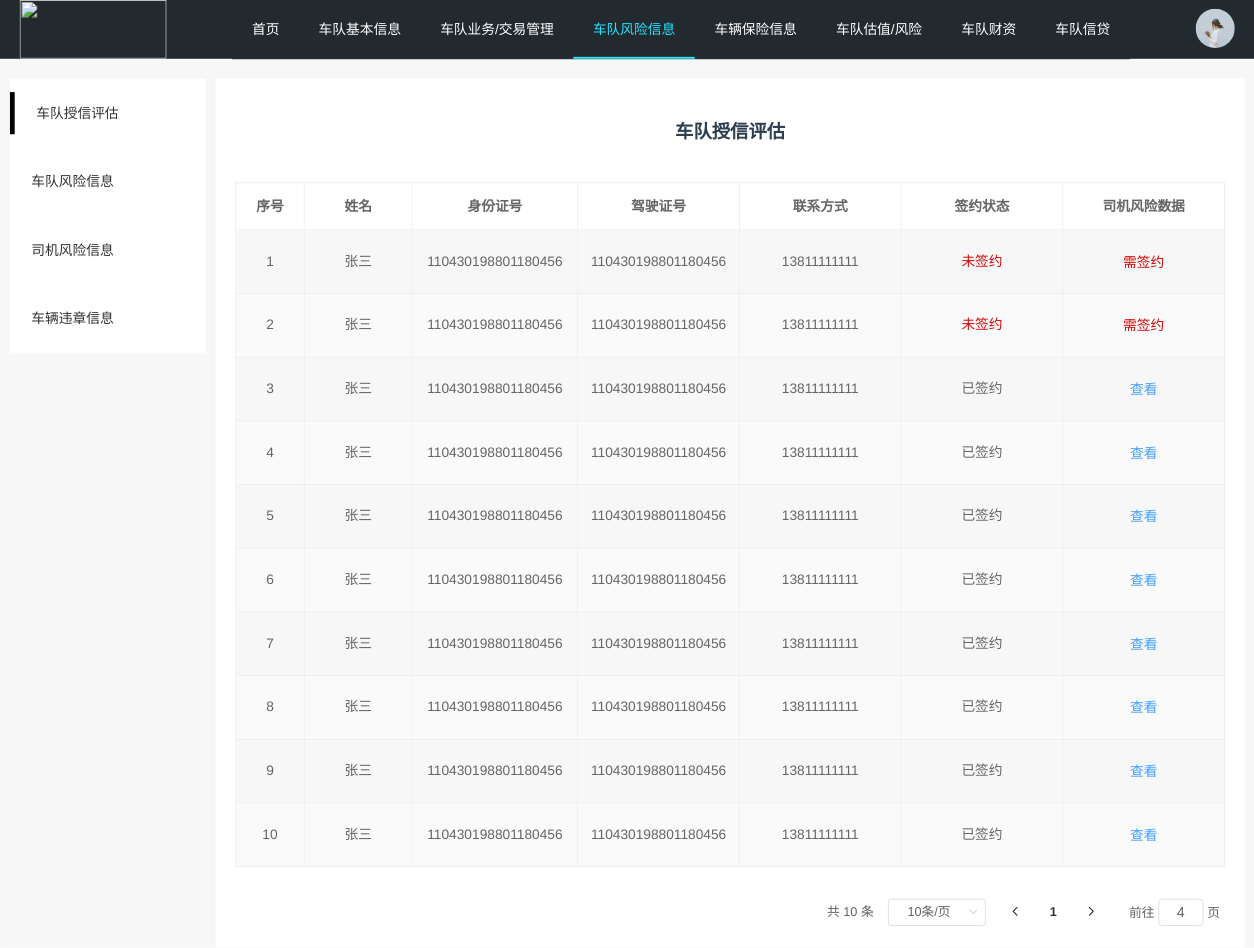
Repository: TheWomanLiketheWind/woodpecker
Page: /
The author's editor kept a copy of each file at every save. The page is drawn from the files as they stood at one save, then again after a run of saves.
The browser window is 1280 px wide. The pictures show the whole page, at 98% of full size.
The project was rebuilt for these pictures with package versions that can differ from the ones it lists, and the page was loaded fresh each time. Also part of the build but not shown: src/views/menuThird.vue.

Above is the page before, as saved 2019-07-26 10:11:07.

### public/index.html
<!DOCTYPE html>
<html lang="en">
  <head>
    <meta charset="utf-8">
    <meta http-equiv="X-UA-Compatible" content="IE=edge">
    <meta name="viewport" content="width=device-width,initial-scale=1.0">
    <link rel="icon" href="<%= BASE_URL %>favicon.ico">
    <title>woodpecker</title>
  </head>
  <body>
    <noscript>
      <strong>We're sorry but woodpecker doesn't work properly without JavaScript enabled. Please enable it to continue.</strong>
    </noscript>
    <div id="app"></div>
    <!-- built files will be auto injected -->
  </body>
</html>

### src/App.vue
<template>
  <div id="app">
    <router-view />
  </div>
</template>

<style lang="scss">
#app {
  font-family: "Avenir", Helvetica, Arial, sans-serif;
  -webkit-font-smoothing: antialiased;
  -moz-osx-font-smoothing: grayscale;
  text-align: center;
  color: #2c3e50;
  background: #f7f7f7;
  .el-header {
    display: flex;
    justify-content: space-between;
    align-items: center;
  }
  .el-table__header .el-table th,
  .el-table tr {
    background-color: #f7f7f7 !important;
    color: #191a1a;
  }
  .menuSecond {
    .el-table th,
    .el-table tr {
      color: #646565;
    }
    .el-menu {
      border-right: 0;
    }
    .el-menu-item:focus,
    .el-menu-item:hover {
      background-color: rgb(209, 209, 209);
    }

    .el-menu-item.is-active span {
      border-left: 5px solid #000;
    }
    .el-menu-item {
      display: flex;
      align-items: center;
      padding: 0 !important;
      height: 70px;
    }

    .el-menu-item span {
      height: 43px;
      line-height: 43px;
      text-align: left;
      width: 100%;
      display: block;
      padding-left: 22px;
    }
  }
}
#nav {
  padding: 30px;
  a {
    font-weight: bold;
    color: #2c3e50;
    &.router-link-exact-active {
      color: #42b983;
    }
  }
}
body {
  margin: 0;
}
</style>

### src/router.ts
import Vue from 'vue'
import Router from 'vue-router'
import Home from './views/Home.vue'
Vue.use(Router)

export default new Router({
  mode: 'history',
  base: process.env.BASE_URL,
  routes: [
    {
      path: '/',
      name: 'home',
      component: Home,
      children: [
        {
          path: '/',
          name: 'menuSecond',
          children: [
            {
              path: '/',
              name: 'menuThird',
              component: () =>
                import(/* webpackChunkName: "about" */ './views/menuThird.vue')
            }
          ],
          component: () =>
            import(/* webpackChunkName: "about" */ './views/menuSecond.vue')
        }
      ]
    }
  ]
})

### src/views/Home.vue
<template>
  <el-container>
    <el-header class="headerAll">
      <img src=""
           class="headImage">
      <el-menu :default-active="activeIndex"
               class="el-menu-demo"
               mode="horizontal"
               background-color="#222a30"
               text-color="#fff"
               active-text-color="#29e2fe"
               @select="handleSelect">
        <el-menu-item v-for="(item, index) in menuList"
                      :key="index"
                      :index="item.index"
                      v-on:listenToChildEvent="menuClick">{{item.name}}</el-menu-item>
      </el-menu>

      <el-dropdown>
        <img src="../assets/headImage.jpg"
             class="drophead" />
        <el-dropdown-menu slot="dropdown">
          <el-dropdown-item>个人信息</el-dropdown-item>
          <el-dropdown-item>退出</el-dropdown-item>
        </el-dropdown-menu>
      </el-dropdown>
    </el-header>
    <!-- <router-link to="/menuSecond">点击跳转</router-link> -->
    <router-view />
  </el-container>
</template>

<script lang="ts">
import { Component, Vue } from "vue-property-decorator";

@Component({
  components: {}
})
export default class Home extends Vue {
  data() {
    return {
      activeIndex: "4",
      menuList: [
        {
          name: "首页",
          index: "1",
          link: ""
        },
        {
          name: "车队基本信息",
          index: "2",
          link: ""
        },
        {
          name: "车队业务/交易管理",
          index: "3",
          link: ""
        },
        {
          name: "车队风险信息",
          index: "4",
          link: ""
        },
        {
          name: "车辆保险信息",
          index: "5",
          link: ""
        },
        {
          name: "车队估值/风险",
          index: "6",
          link: ""
        },
        {
          name: "车队财资",
          index: "7",
          link: ""
        },
        {
          name: "车队信贷",
          index: "8",
          link: ""
        }
      ]
    };
  }

  private handleSelect(key: any, keyPath: any) {
    console.log(key, keyPath);
  }

  menuClick(data: any) {
    this.$router.push(data);
  }
}
</script>

<style lang="scss">
.headerAll {
  background: #222a30;
  margin-bottom: 20px;
  .headImage {
    width: 150px;
    height: 100%;
    border: 0;
  }
  .drophead {
    width: 40px;
    height: 40px;
    border-radius: 50%;
  }
}
</style>

### src/views/menuSecond.vue
<template>
  <el-container class="menuSecond">

    <el-aside width="200px"
              class="asideClass">
      <el-menu :default-active="defaultActive"
               class="el-menu-vertical-demo"
               active-text-color="#303133"
               @select="handleSelect">
        <el-menu-item v-for="(item, index) in filesList.navigeList"
                      :key="index"
                      :index="item.index">
          <span slot="title">{{item.name}}</span>
        </el-menu-item>
      </el-menu>
    </el-aside>
    <el-main class="menuSecondRight">
      <h3 class="menuSecondH3">{{filesList.navigeList[this.selectIndex].name}}</h3>
      <el-table :data="tableData"
                border
                stripe
                style="width: 100%">
        <el-table-column type="index"
                         label="序号"
                         width="70"
                         align="center">
        </el-table-column>
        <el-table-column prop="name"
                         label="姓名"
                         width="110"
                         align="center" />
        <el-table-column prop="cardId"
                         label="身份证号"
                         align="center" />
        <el-table-column prop="driveId"
                         label="驾驶证号"
                         align="center" />
        <el-table-column prop="tel"
                         label="联系方式"
                         align="center" />
        <el-table-column prop="signType"
                         label="签约状态"
                         align="center">
          <template slot-scope="scope">
            <span :class="scope.row.signType === 0?'signTypeColor':''">{{scope.row.signType === 0?'未签约':'已签约'}}</span>
          </template>
        </el-table-column>
        <el-table-column label="司机风险数据"
                         align="center">
          <template slot-scope="scope">
            <el-button type="text"
                       v-if="scope.row.signType === 0"
                       class="signTypeColor">需签约</el-button>
            <el-button type="text"
                       v-else>查看</el-button>
          </template>
        </el-table-column>
      </el-table>
      <el-pagination @size-change="handleSizeChange"
                     @current-change="handleCurrentChange"
                     :current-page="currentPage4"
                     :page-sizes="[10, 20, 50, 100]"
                     :page-size="10"
                     layout="total, sizes, prev, pager, next, jumper"
                     :total="tableData.length">
      </el-pagination>
    </el-main>
    <!-- <img src="../assets/d1c2dc3ef8561f8ba11936fef14c613.png"> -->
  </el-container>

</template>

<script lang="ts">
import Vue from "vue";
import files from "../jsonFile";

export default Vue.extend({
  data() {
    return {
      filesList: files,
      selectIndex: 0,
      defaultActive: "1",
      currentPage4: 4,
      tableData: [
        {
          name: "张三",
          cardId: "110430198801180456",
          driveId: "110430198801180456",
          tel: "13811111111",
          signType: 0
        }
      ]
    };
  },
  mounted() {
    this.defined();
  },
  methods: {
    defined() {
      for (let i = 0; i < 9; i++) {
        let object = {
          name: "张三",
          cardId: "110430198801180456",
          driveId: "110430198801180456",
          tel: "13811111111",
          signType: i === 0 ? 0 : 1
        };
        this.tableData.push(object);
      }
    },
    handleSelect(key: String) {
      this.selectIndex = Number(key) - 1;
    },
    handleSizeChange(val: Number) {
      console.log(`每页 ${val} 条`);
    },
    handleCurrentChange(val: Number) {
      console.log(`当前页: ${val}`);
    }
  }
});
</script>


<style lang="scss">
.menuSecond {
  background: #f7f7f7;
  margin: 0 10px;
  .menuSecondRight {
    background: #fff;
    margin-left: 10px;
    .menuSecondH3 {
      margin-bottom: 40px;
    }
  }
  .el-pagination {
    margin-top: 30px;
    float: right;
  }
  .signTypeColor {
    color: #d40707;
  }
}
.el-menu {
  background: #fff;
}
</style>

### src/jsonFile.ts
const fileObject = {
  navigeList: [
    {
      name: '车队授信评估',
      index: '1'
    },
    {
      name: '车队风险信息',
      index: '2'
    },
    {
      name: '司机风险信息',
      index: '3'
    },
    {
      name: '车辆违章信息',
      index: '4'
    }
  ]
}

export default fileObject

Loaded but not shown: src/main.ts (common file); src/store.ts (common file)

After the next 2 saves:
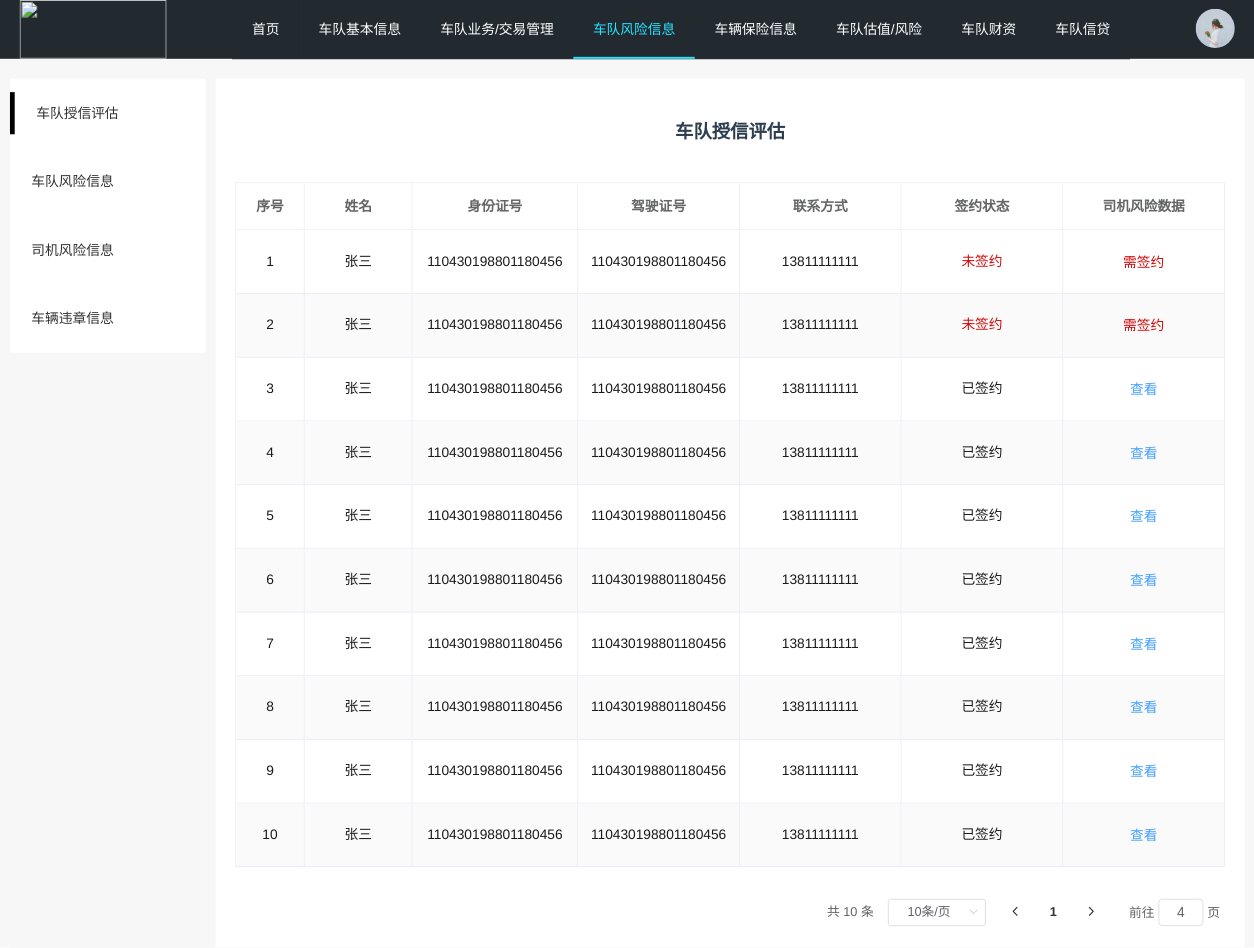
The 2 saves are shown as one change because they came seconds apart.
The last was saved 18 s later.
--- a/src/App.vue
+++ b/src/App.vue
@@ -17,15 +17,15 @@
     justify-content: space-between;
     align-items: center;
   }
-  .el-table__header .el-table th,
-  .el-table tr {
-    background-color: #f7f7f7 !important;
-    color: #191a1a;
-  }
+
   .menuSecond {
     .el-table th,
     .el-table tr {
       color: #646565;
+    }
+    .el-table__header .el-table th,
+    .el-table tr {
+      color: #191a1a;
     }
     .el-menu {
       border-right: 0;

After the save that followed:
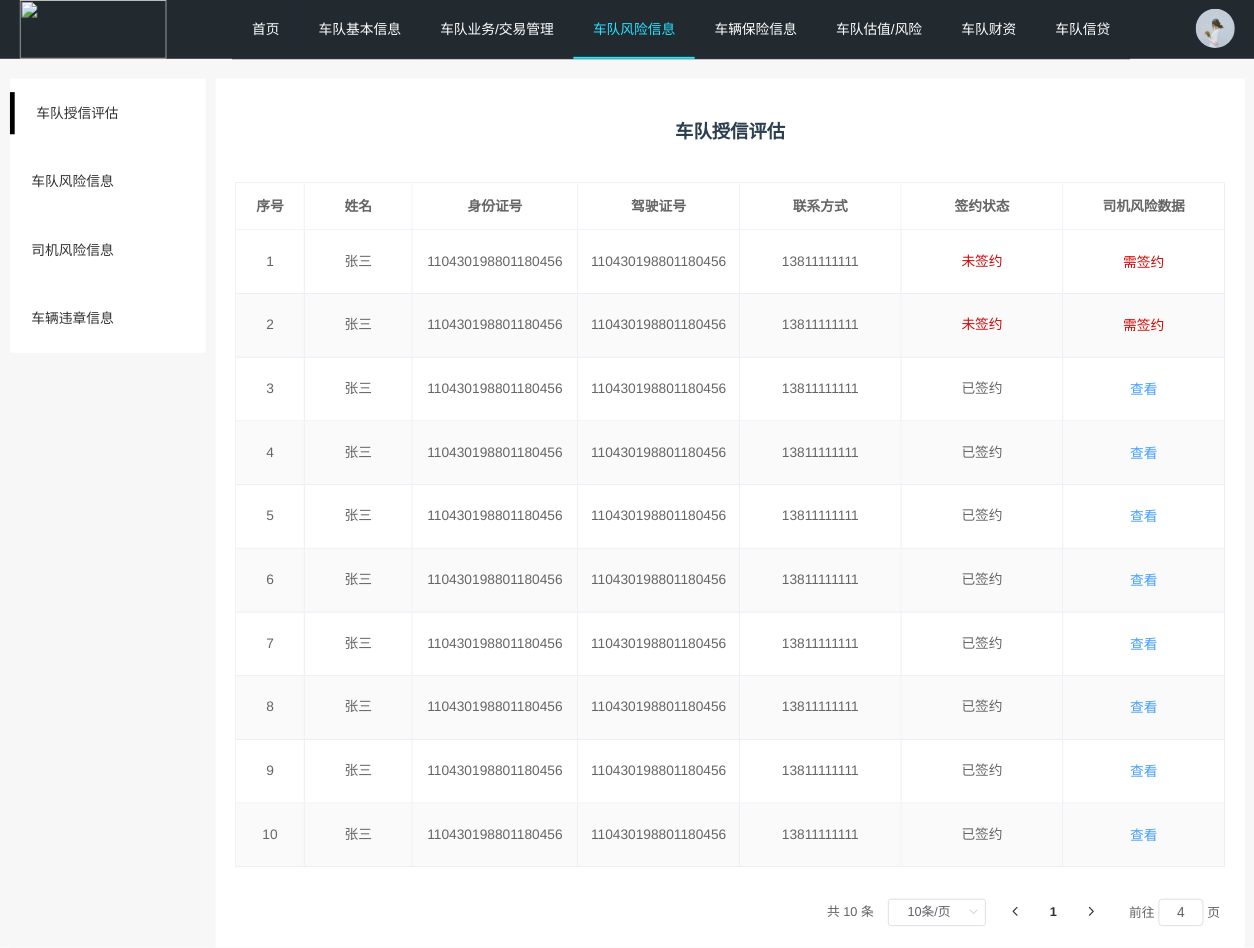
Saved 14 s later.
--- a/src/App.vue
+++ b/src/App.vue
@@ -23,8 +23,7 @@
     .el-table tr {
       color: #646565;
     }
-    .el-table__header .el-table th,
-    .el-table tr {
+    .el-table__header .el-table tr {
       color: #191a1a;
     }
     .el-menu {
